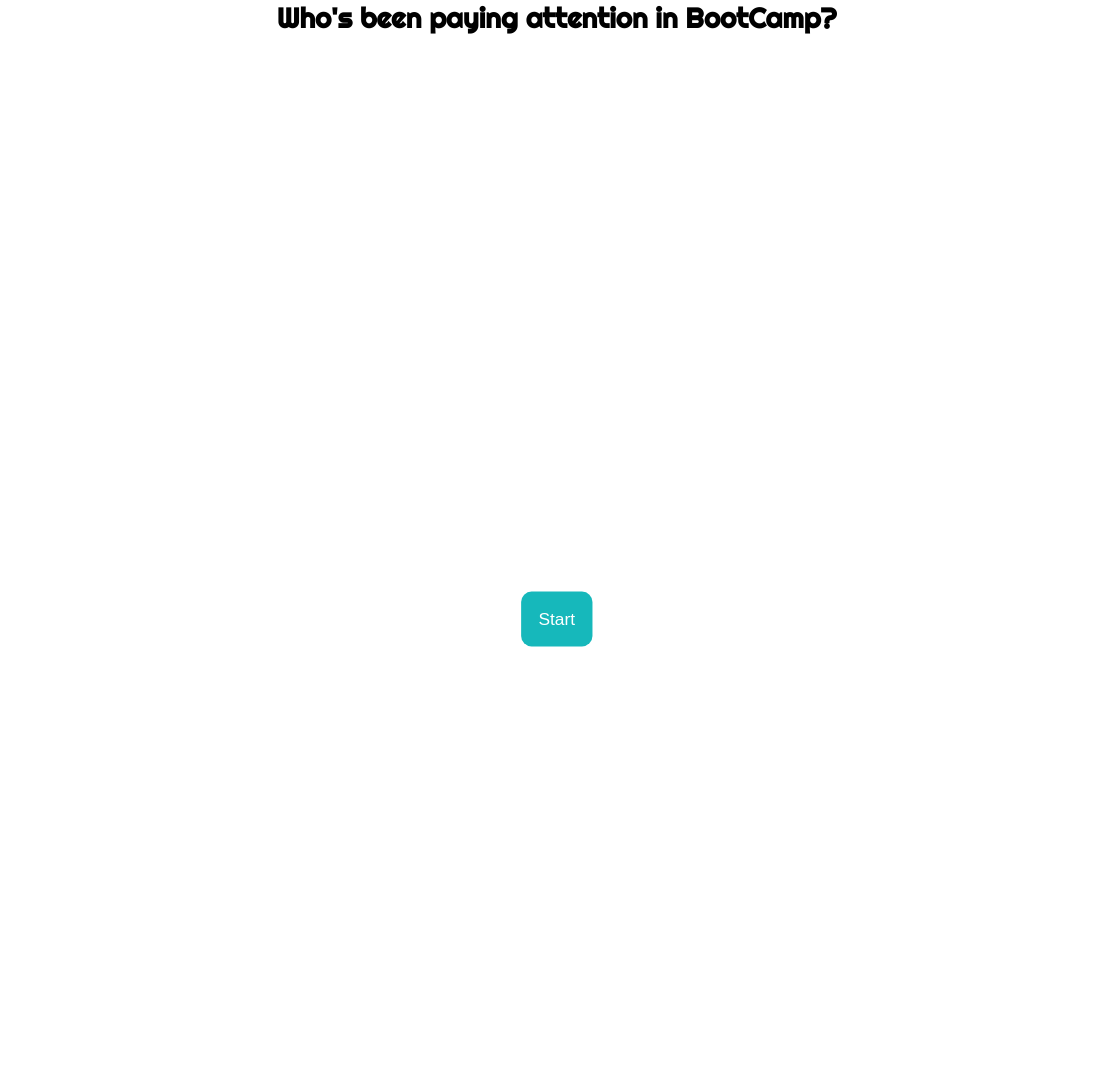
Repository: kkyler24/Quizlet
Page: Quiz.html
These files come from the project's save history. The page is drawn as it stood at one moment and after the next save; the edit follows.
The browser window is 1280 px wide. The pictures show the whole page, at 87% of full size.
Some web libraries are served in a nearby version.

Above is the page before, as saved 2020-03-16 00:55:04.

After the next save:
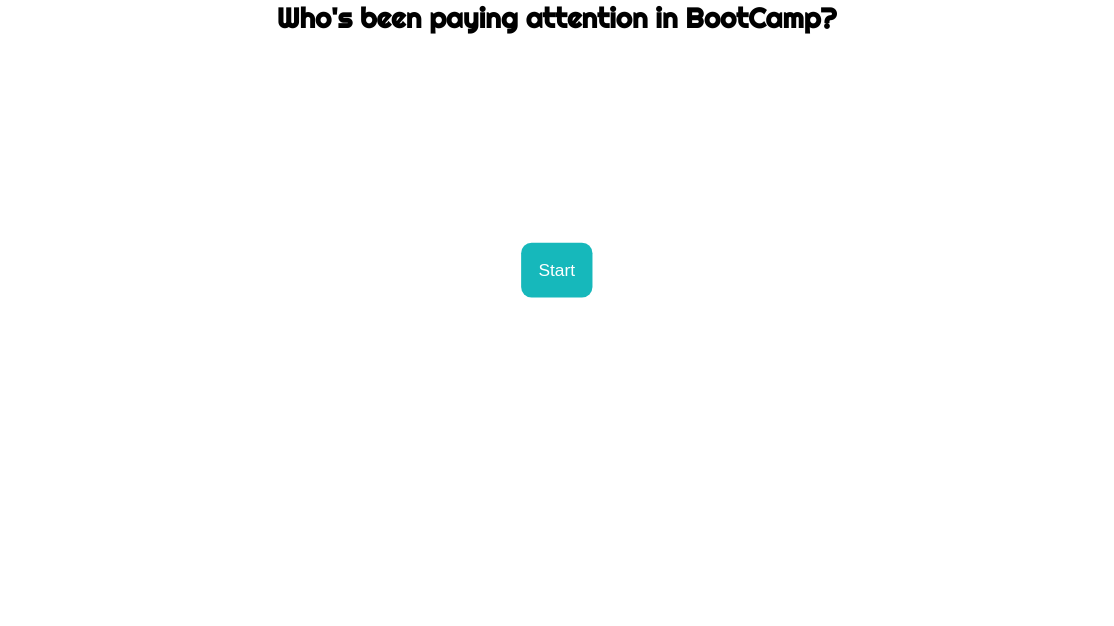
Saved 52 s later.
--- a/Quiz.html
+++ b/Quiz.html
@@ -23,11 +23,12 @@
 <!-- Quiz Design -->
 
 <body>
-    <div>
-        <input type="button" id="startButton" value="Start"/>
-    </div>
+
     <div class="time"></div>
     <Div class="flex-container">
+        <div>
+            <input type="button" id="startButton" value="Start"/>
+        </div>
         <div id="questionBoxOne" class="row" style="display: none;">
             <div class="col-md-6 col-sm-3 questionDiv">
                 "What is BootStrap?"
